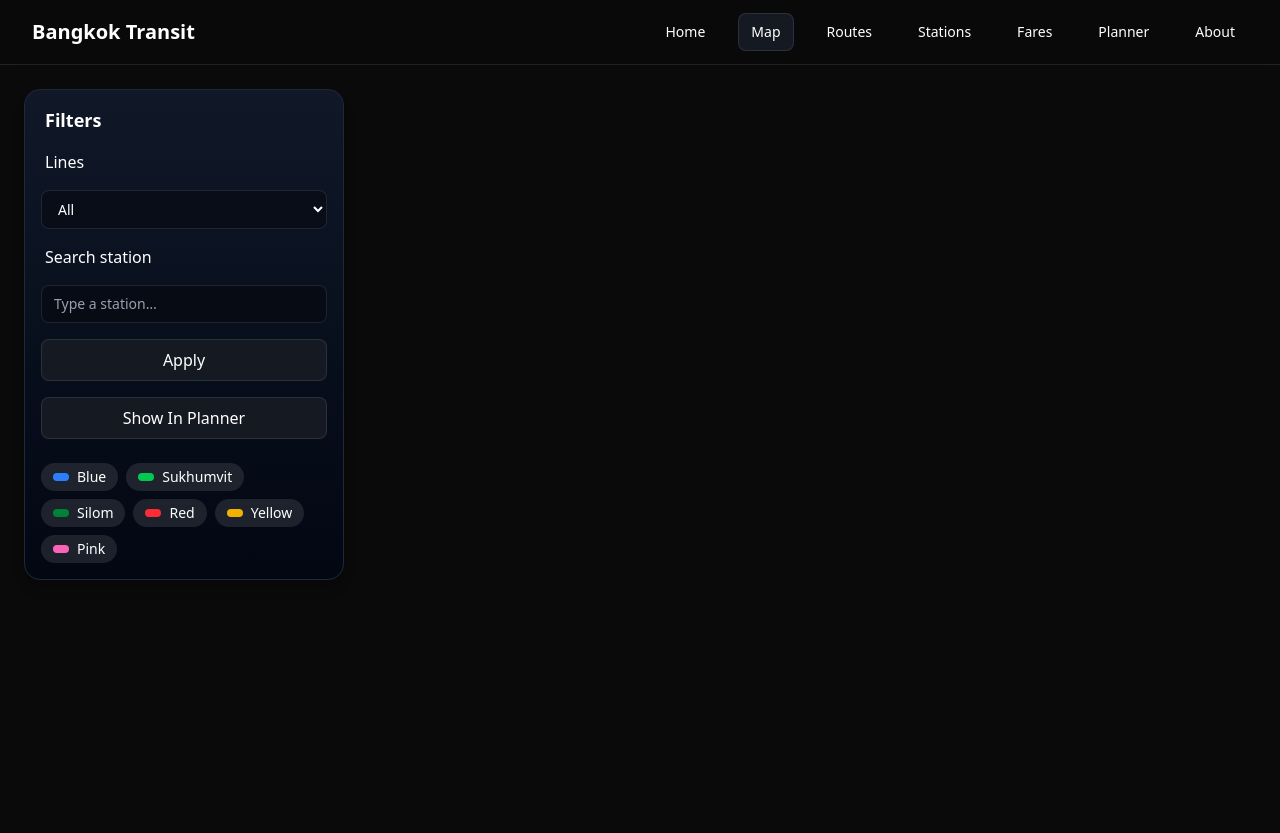
Repository: pyaestk/Bangkok-transit-map
Page: /map
These files come from the project's save history. The page is drawn as it stood at one moment and after the next save; the edit follows.
The browser window is 1280 px wide. The pictures show the whole page.
The project was rebuilt for these pictures with package versions that can differ from the ones it lists, and the page was loaded fresh each time. Also part of the build but not shown: vite.config.ts, src/pages/Home.tsx, src/pages/Planner.tsx, src/pages/Stations.tsx, src/pages/TrainRoutes.tsx, src/pages/Fares.tsx, src/pages/About.tsx.

Above is the page before, as saved 2025-10-04 10:29:38.

After the next save:
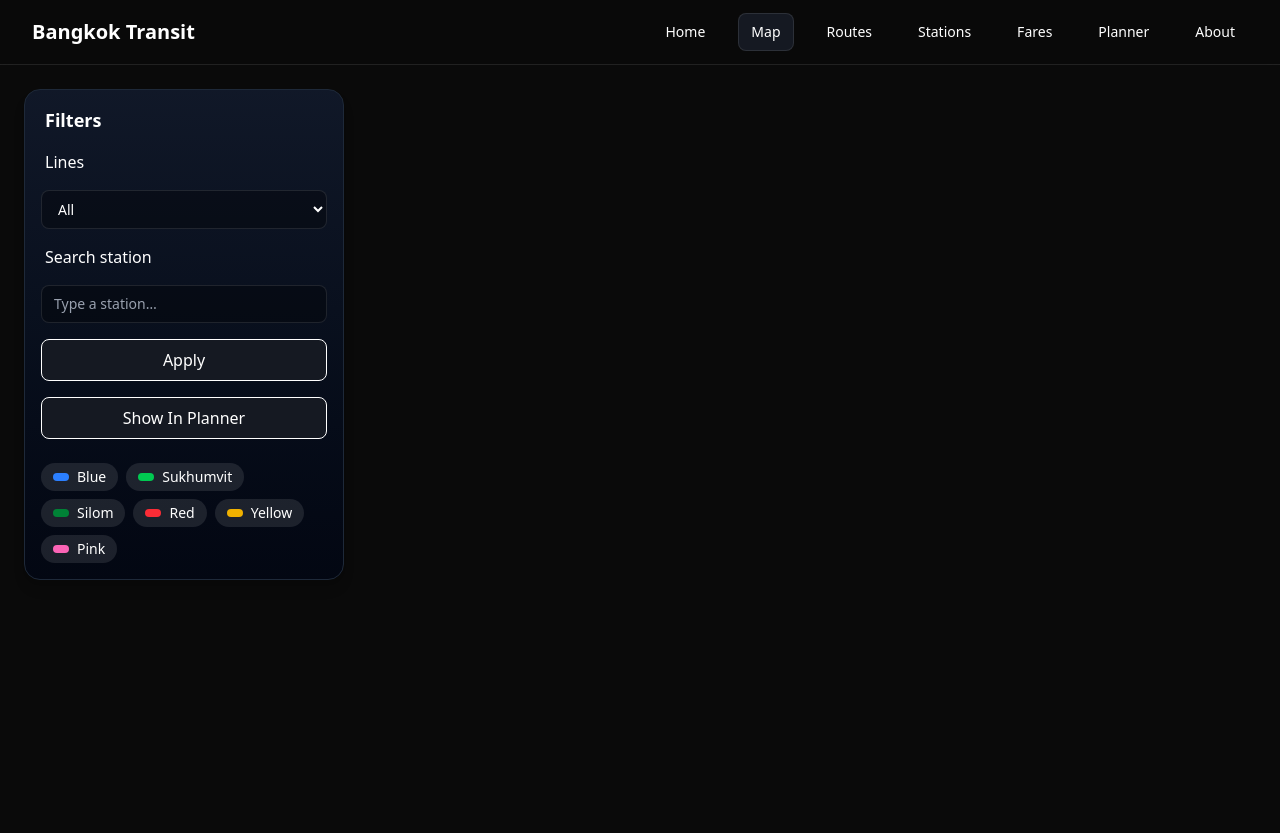
Saved 23 s later.
--- a/src/component/FiltersCard.tsx
+++ b/src/component/FiltersCard.tsx
@@ -22,8 +22,8 @@ export default function FiltersCard() {
 
       {/* Buttons */}
       <div className="flex flex-col space-y-4 mt-4">
-        <button className="px-4 py-2 rounded-lg bg-[#151922] border text-white border-white/10 hover:bg-white/10">Apply</button>
-        <button className="px-4 py-2 rounded-lg bg-[#151922] border text-white border-white/10 hover:bg-white/10">Show In Planner</button>
+        <button className="px-4 py-2 rounded-lg bg-[#151922] border text-white hover:bg-white/10">Apply</button>
+        <button className="px-4 py-2 rounded-lg bg-[#151922] border text-white hover:bg-white/10">Show In Planner</button>
       </div>
 
       {/* Line Pills */}
